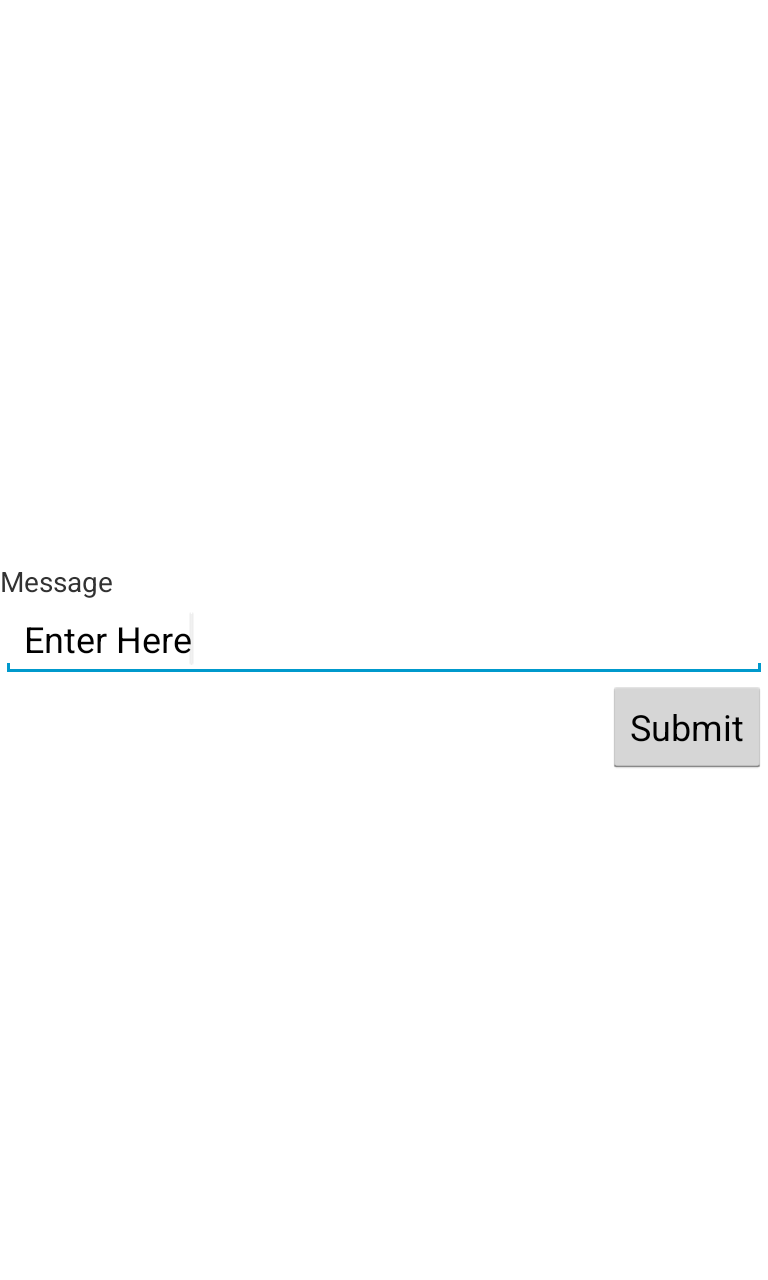
Repository: yuanpeixin/Project
Layout: GameForum/res/layout/add_reply.xml
An editor plug-in stored every save of this project. The layout is shown before and after the next save, followed by the edit.
It is drawn on a 768 x 1280 px phone screen (xhdpi) without system bars, with theme AppTheme; the app's code is not run.

Above is the layout before, as saved 2015-10-07 03:40:11.

After the next save:
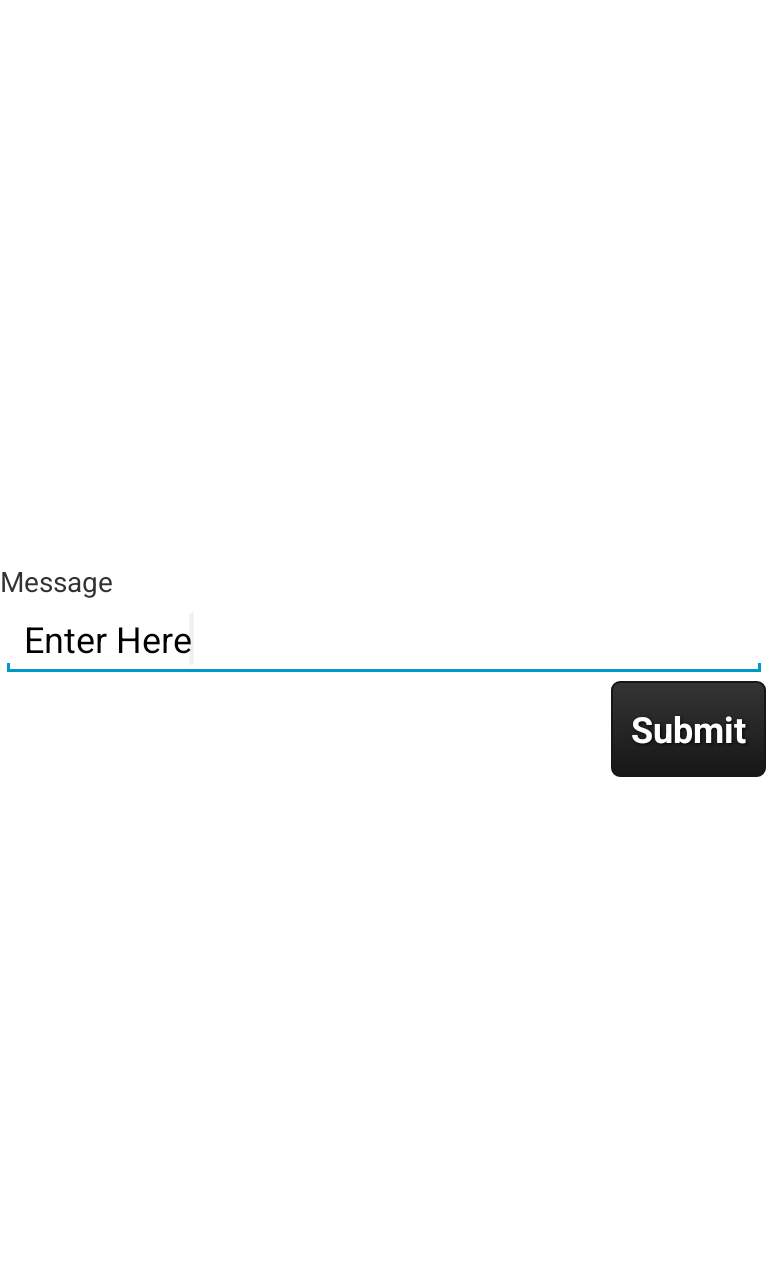
Saved 46 s later.
--- a/GameForum/res/layout/add_reply.xml
+++ b/GameForum/res/layout/add_reply.xml
@@ -25,10 +25,12 @@
 
     <Button
         android:id="@+id/arSubmit"
+        style="@style/WhiteText"
         android:layout_width="wrap_content"
         android:layout_height="wrap_content"
+        android:layout_alignParentRight="true"
         android:layout_below="@+id/arET"
-        android:layout_alignParentRight="true"
+        android:background="@drawable/black_button"
         android:text="Submit" />
 
 </RelativeLayout>
